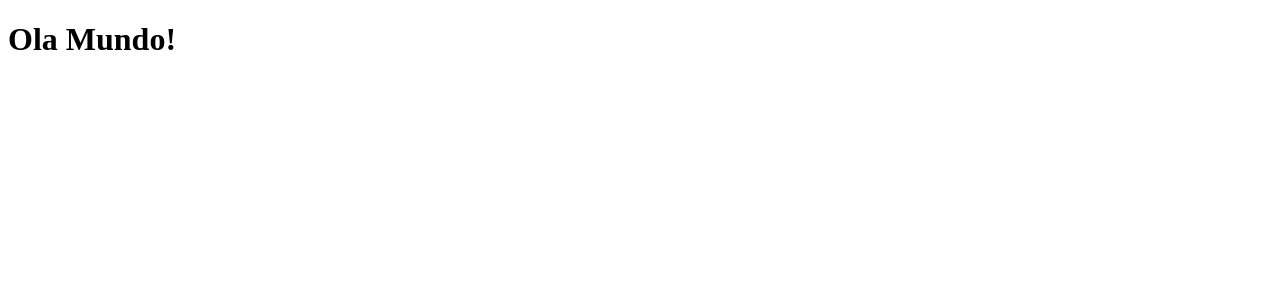
Repository: ericvinicius/cursojavaweb
Page: workspace/fj21-agenda/WebContent/OlaMundo.html
These files come from the project's save history. The page is drawn as it stood at one moment and after the next save; the edit follows.
The browser window is 1280 px wide. The pictures show the whole page.

Above is the page before, as saved 2013-03-09 19:15:25.

After the next save:
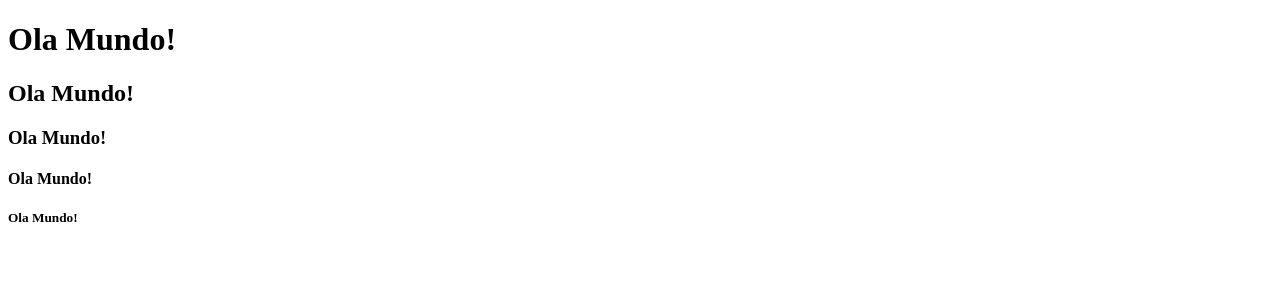
Saved 44 s later.
--- a/workspace/fj21-agenda/WebContent/OlaMundo.html
+++ b/workspace/fj21-agenda/WebContent/OlaMundo.html
@@ -6,6 +6,10 @@
 </head>
 <body>
 
-	<h1>Ola Mundo!</h2>
+	<h1>Ola Mundo!</h1>
+	<h2>Ola Mundo!</h2>
+	<h3>Ola Mundo!</h3>
+	<h4>Ola Mundo!</h4>
+	<h5>Ola Mundo!</h5>
 </body>
 </html>
